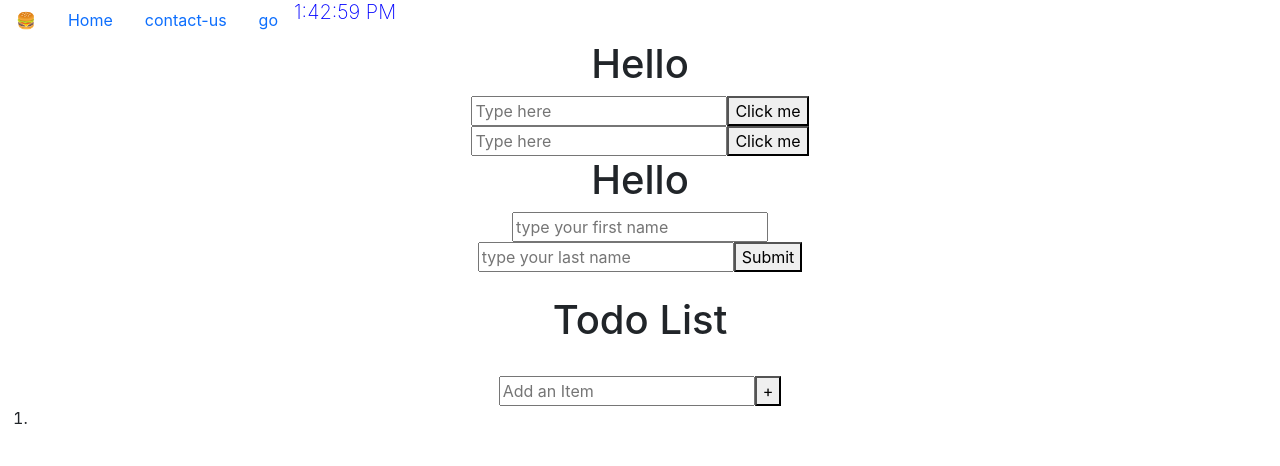
Repository: shah-zx/React-learning
Page: /, after clicking the first element matching `div.center_div > button`
The author's editor kept a copy of each file at every save. The page is drawn from the files as they stood at one save, then again after the next save.
The browser window is 1280 px wide. The pictures show the whole page.
The project was rebuilt for these pictures with package versions that can differ from the ones it lists, and the page was loaded fresh each time. Also part of the build but not shown: src/components/Greet.js, src/components/Welcome.js, src/components/Swagat.js, src/components/Namaste.js, src/components/Hello.js, src/components/ayiye.js, src/components/Message.js, src/components/Thought.js and 47 more. Imported but missing from the stored project, and not drawn on this page: src/components/Indexaskeyantipattern.

Above is the page before, as saved 2021-11-13 00:24:28.

### public/index.html
<!DOCTYPE html>
<html lang="en">
  <head>
    <meta charset="utf-8" />
    <link rel="icon" href="%PUBLIC_URL%/favicon.ico" />
    <meta name="viewport" content="width=device-width, initial-scale=1" />
    <meta name="theme-color" content="#000000" />
    <meta
      name="description"
      content="Textutility is a text based utility whuc can be used to manipulate your text in way you want"
    />
    <link rel="apple-touch-icon" href="%PUBLIC_URL%/logo192.png" />
    <!--
      manifest.json provides metadata used when your web app is installed on a
      user's mobile device or desktop. See https://developers.google.com/web/fundamentals/web-app-manifest/
    -->
    <link rel="manifest" href="%PUBLIC_URL%/manifest.json" />
    <!--Bootstrap CSS-->
    <link href="https://cdn.jsdelivr.net/npm/bootstrap@5.1.3/dist/css/bootstrap.min.css" rel="stylesheet" integrity="sha384-1BmE4kWBq78iYhFldvKuhfTAU6auU8tT94WrHftjDbrCEXSU1oBoqyl2QvZ6jIW3" crossorigin="anonymous">
    <!--
      Notice the use of %PUBLIC_URL% in the tags above.
      It will be replaced with the URL of the `public` folder during the build.
      Only files inside the `public` folder can be referenced from the HTML.

      Unlike "/favicon.ico" or "favicon.ico", "%PUBLIC_URL%/favicon.ico" will
      work correctly both with client-side routing and a non-root public URL.
      Learn how to configure a non-root public URL by running `npm run build`.
    -->
    <title>Infuzex</title>
  </head>
  <body>
    <noscript>You need to enable JavaScript to run this app.</noscript>
    <div id="root"></div>
    <div id="portal-root"></div>

    <!--
      This HTML file is a template.
      If you open it directly in the browser, you will see an empty page.

      You can add webfonts, meta tags, or analytics to this file.
      The build step will place the bundled scripts into the <body> tag.

      To begin the development, run `npm start` or `yarn start`.
      To create a production bundle, use `npm run build` or `yarn build`.
    -->
    <!--Bootstrap JS-->
  <script src="https://cdn.jsdelivr.net/npm/bootstrap@5.1.3/dist/js/bootstrap.bundle.min.js" integrity="sha384-ka7Sk0Gln4gmtz2MlQnikT1wXgYsOg+OMhuP+IlRH9sENBO0LRn5q+8nbTov4+1p" crossorigin="anonymous"></script>
 </body>
</html>

### src/App.js
import logo from './logo.svg';
import './App.css';
import React, { useState } from 'react';
import Greet from './components/Greet'
import Welcome from './components/Welcome'
import Swagat from './components/Swagat'
import Namaste from './components/Namaste'
import Hello from './components/Hello'
import Ayiye from './components/ayiye';
import Message from './components/Message'
import Thought from './components/Thought'
import Counter from './components/Counter'
import Functionalclick from './components/Functionalclick'
import Eventbind from './components/Eventbind'
import ParentComponent from './components/ParentComponent';
import CoditionalRendering from './components/CoditionalRendering';
import Namelist from './components/Namelist';
import Indexaskeyantipattern from './components/Indexaskeyantipattern'
import Stylesheet from './components/Stylesheet'
import Inline from './components/Inline'
import './appStyles.css'
import styles from './appStyles.module.css'
import Form from './components/Form';
import Fragments from './components/Fragments';
import Tables from './components/Tables';
import Columns from './components/Columns';
import Purecomponents from './components/Purecomponents'
import Parentcomp from './components/Parentcomp';
import MemoComp from './components/MemoComp'
import RefsDemo from './components/RefsDemo';
import Focusinput from './components/Focusinput'
import FRparentinput from './components/FRparentinput';
import Portaldemo from './components/Portaldemo'
import Practice1 from './components/Practice1';
import Practice2 from './components/Practice2';
import Clickcounter from './components/Clickcounter';
import HoverCount from './components/HoverCount'
import Componentone from './components/Componentone'
import ClickcounterTwo from './components/ClickcounterTwo';
import HovercounterTwo from './components/HovercounterTwo'
import Hovering from './components/Hovering';
import User from './components/User'
import Counterforcountandhover from './components/Counterforcountandhover';
import Navbar from './components/Navbar';
import TextForm from './components/TextForm';
import About from './components/About';
import Alert from './components/Alert';
import {
  BrowserRouter as Router,
  Switch,
  Route,
  Link

} from "react-router-dom";
import One from './practice_components/One';
import Alert_pr from './practice_components/Alert_pr';
import Footer from './components/Footer';
import Textarea from './practice_components/Textarea';
import NotesState from '../src/context/notes/NotesState'
import Hooks from './practice_components/Hooks';
import Time from './practice_components/Time';
import Dclock from './practice_components/Dclock';
import Handlingevents from './practice_components/Handlingevents'
import Forms from './practice_components/Forms';
import Login from './practice_components/Login';
import Todo from './practice_components/Todo'
function App() {
  // const [darkMode , setDarkMode] = useState(false)  // Wether dark mode is enabled or disabled //
  const [alert, setAlert] = useState(null);  // This is used for setting the state //
  const showAlert = (message, type) => {    // This is for showing the alert

    setAlert({
      msg: message,
      type: type
    })
    setTimeout(() => {  // This will help us to fade out the text message after 2 seconds //
      setAlert(null);
    }, 2000);
  }

  return (
    <>
    <NotesState>
      <Router>

        <div className="App">
          {

            <Navbar title= "🍔" Abouttext="Home" cont="contact-us" hello="go" />
       // Passing the props //
      /*      <Greet name = "hamza" heroName = "Batman"/>
      {/* <Greet name = ""  <Greet name = "shahnawaz" superName = "Superman"/>
      <Greet name = "rahul" wonderName = "women"/>

      {/*<Welcome />
      <Swagat />
      <Namaste />
      <Hello />
      <Ayiye naam="shahnawaz" elder="Brother" />
      <Ayiye naam="hamza" younger="Brother" /> */}
          {/* <Greet name="shahnawaz" heroName="Batman" /> */}
          {/* <Greet /> */}
          {/* <Welcome name="Hamza" heroName="Superman" /> */}
          {/* <Message />
      <Thought />
      <Counter /> */}
          {/* <ParentComponent /> */}
          {/* <Functionalclick /> */}
          {/* <Eventbind /> */}
          {/* <CoditionalRendering /> */}
          {/* <Namelist />  */}
          {/* <Indexaskeyantipattern /> */}
          {/* <Stylesheet primary = {true} />
      <Inline />
      <h1 className='error'>Error</h1>
      <h1 className={styles.success}>Success</h1>
      <Form /> */}
          {/* <Purecomponents /> */}
          {/* <Fragments /> */}
          {/* <Tables /> */}
          {/* <Parentcomp /> */}
          {/* <MemoComp /> */}
          {/* <Practice1 naam="romeo" herokanaam="billu" /> */}
          {/* <Hello />
      <RefsDemo />
      <Focusinput />
      <FRparentinput />
      <Portaldemo /> */}
          {/* <Practice2 /> */}
          {/* <Clickcounter /> */}
          {/* <HoverCount /> */}
          {/* <Componentone /> */}
          {/* <ClickcounterTwo /> */}
          {/* <HovercounterTwo /> */}
          {/* <Hovering /> */}
          {/* <User render={(isLoggedIn) => isLoggedIn ? 'Rendered' : 'Guest'} />   */}
          {/* <Counterforcountandhover render = {(count , incrementCount) => <ClickcounterTwo count = {count} incrementCount = {incrementCount}/> }/> */}
          {/* <Counterforcountandhover render = {(count , incrementCount) => <Hovering count = {count} incrementCount = {incrementCount}/> }/> */}
          {/* <Hooks/>
          <Time /> */}
          <Forms/>
          {/* <Handlingevents /> */}
          <Login />
          <Todo />
          <Alert alert={alert} />
          {/* <div className="alert">
            <Alert_pr showAlert={showAlert} />
          </div>
          <div classname="greet">
            <Greet />
          </div>
          <div className="container my-3" >
            <Switch>
              <Route path="/about">
                <About />
                {/* <Ayiye/> */}
              {/* </Route>
              <Route path="/">
                <TextForm showAlert={showAlert} heading="Enter the text to see :" />
                <div className="txt">
                  <Textarea st="checkbox"/>
                </div>
                <div className="red_card">
                  <One />
                  <div className="container">
                    <Footer heading = "Footer" link1 = "Facebook" ls = "Twitter" oneLink = "Instagram" secLink = "LinkedIn"/>
                  </div>
                </div>
              </Route>
            </Switch>
            {/* <About /> */}
          </div>
          {/* <About /> */}
        {/* </div> */}
      </Router>
    </NotesState>
    </>
  );
}

export default App;  // This is the place where we have exported our App //

// Functional components : takes properties ( a js function takes the props and returns the jsx code --> HTML code )
// As soon as we import the Greet Component we have to import it to our main App.js and use it as an html tag
// Class components : They can also recieve input as props and retun html code
// It can maintain some data private to that component
// The user component will make sure the user is logged in or not

### src/App.css
.App {
  text-align: center;
}

.App-logo {
  height: 40vmin;
  pointer-events: none;
}

@media (prefers-reduced-motion: no-preference) {
  .App-logo {
    animation: App-logo-spin infinite 20s linear;
  }
}

.App-header {
  background-color: #282c34;
  min-height: 100vh;
  display: flex;
  flex-direction: column;
  align-items: center;
  justify-content: center;
  font-size: calc(10px + 2vmin);
  color: white;
}

.App-link {
  color: #61dafb;
}

@keyframes App-logo-spin {
  from {
    transform: rotate(0deg);
  }
  to {
    transform: rotate(360deg);
  }
}

/*
.red_card {
  display: flex;
  flex-wrap: wrap;
} */

.container {
  margin-top: 2em;
}
.time{
  font-weight: 200;
}

### src/components/Navbar.js
// Here we are making a navbar component //

import React from 'react'
import PropTypes from 'prop-types' // Importing the proptypes from props //
import {Link} from 'react-router-dom' // Importing the Link  , thing to remember : exporting not as DEFAULT //
import Dclock from '../practice_components/Dclock'
export default function Navbar(props) {

    return (
      <>
        <ul className="nav">
        <li className="nav-item">
          <Link className="nav-link active" aria-current="page" to="/">{props.title}</Link>
        </li>
        <li className="nav-item">
          <Link className="nav-link" to="about">{props.Abouttext}</Link>
        </li>
        <li className="nav-item">
          <Link className="nav-link" to="/">{props.cont}</Link>
        </li>
        <li className="nav-item">
          <a className="nav-link">{props.hello}</a>
        </li>
        <li>
      <Dclock/>
        </li>
      </ul>
      </>
    )
}
Navbar.propTypes = {      // These are our navbar properties //
                      title : PropTypes.string.isRequired ,
                      Abouttext : PropTypes.string
                   }

Navbar.defaultProps = {title : 'set title here' ,
                        Abouttext : 'set abouttext here'
                    }

### src/context/notes/NotesState.js
import react, { useState } from 'react';
import noteContext from './noteContext'

const NotesState = (props) => {
    const s1 = {
        "name": "Shahnawaz",
        "class": "5a"
    }
    const [state, setState] = useState(s1)
    const update = () => {
        setTimeout(() => {
            setState({
                "name": "hamza",
                "class": "12a"
            })
        }, 3000);
    }
    return (
        <noteContext.Provider value={{ state, update }}>
            {props.children}
        </noteContext.Provider>


    )
}

export default NotesState;

### src/practice_components/Dclock.jsx
import React , {useState} from 'react'

function Dclock() {

   let time = new Date().toLocaleTimeString();

   const[ctime , setTime] = useState(time)

   const updateTime = () => {
      let newtime = new Date().toLocaleTimeString();
      setTime(newtime)
   }

   setInterval(updateTime,1000) // This function will take a call back function and the interval after which the event will take place

    return (
        <>
            <h3 className = "time" style={{color : "blue" , fontSize : "20px"}}>{ctime}</h3>
        </>
    )
}

export default Dclock

### src/practice_components/Forms.jsx
import React, { useState } from 'react'



function Forms() {

    const [fullName, setfullName] = useState({
        fname : "" ,
        lname : "" ,
    });

    const inputEvent = (event) => {  // We are passing the text we will be weiting in the input in an object called event
        // setName(event.target.value)
    };

    const onSubmits = (event) => {
        event.preventDefault();
        alert('Form submitted successfully')
    }


    const handleChange = () => {
        // setFullName(name);
    }
    return (
        <>
        <div className="main_div">
        <form onSubmit = {onSubmits}>
            <h1>Hello {fullName.fname} {fullName.lname}</h1>
            <input type="text"
                placeholder="Type here"
                value={fullName.fname}
                onChange={inputEvent}
                name = "fname">
                </input>
            <button onClick={handleChange}
                type="submit">Click me </button>
            <br />
            <input type="text"
                placeholder="Type here"
                value={fullName.lname}
                onChange={inputEvent}
                name = "lname">
                </input>
            <button onClick={handleChange}
                type="submit">Click me </button>
                </form>
                </div>
        </>
    )
}

export default Forms

// Note : as we do for button , which is onClick , we do for input field also : that is onChange
//    console.log(event.target.value)  // accessing our text

### src/practice_components/Login.jsx
import React, { useState } from 'react'

function Login() {

  const [name, setName] = useState("")

  const [lastName, setLastName] = useState("");

  const [fullName, setfullName] = useState("")

  const [lastNamenew , setlastNamenew] = useState("")

  const onSubmits = (event) => {
    event.preventDefault();  // This will help in preventing the default behaviour of the form
    setfullName(name)
    setlastNamenew(lastName)
  }

  const handleThat = (event) => {
    setName(event.target.value);
  }

  const handleThattwo = (event) => {
    setLastName(event.target.value)
  }

  return (
    <>
      <div className="main_div">
        <form onSubmit={onSubmits}>
          <h1>Hello {fullName} {lastNamenew}</h1>
          <input
            onChange={handleThat}
            type="text"
            placeholder="type your first name"
            value={name}>
          </input>
          <br/>
          <input
          type = "text"
          onChange = {handleThattwo}
          placeholder = "type your last name"
          value = {lastName}>
          </input>
          <button type="submit">Submit</button>
        </form>
      </div>
    </>
  )
}

export default Login

### src/practice_components/Todo.js
import React ,{useState} from 'react'

function App() {


    const [name ,setName] = useState("")
    const [liText , setliText] = useState("")
    const [lists , setList] = useState([])
    const handleChange = (event) => {

        // console.log(event.target.value)
        setliText(event.target.value)
    }
    const handleClick = (event) => {
        setList([...lists , liText])
        console.log("clicked")
        console.log(liText)
        setliText(event.target.value)
    }

    return (
        <div className="main_div">
        <div className="center_div">
            <br />
            <h1>Todo List</h1>
            <br />
            <input type="text" className="" placeholder = "Add an Item"/>
            <button onClick = {handleClick}> + </button>
            <ol>
            {lists.map(li => {
                return <li>{li}</li>
            })}
            </ol>
        </div>

        </div>
    )
}

export default App

### src/context/notes/noteContext.js
import { createContext } from "react";
const noteContext = createContext();   // Here we craeted a new context which will hold our states


export default noteContext;


// Here we have formed the context API

Loaded but not shown: src/index.js (common file); src/index.css (common file); src/reportWebVitals.js (common file)

After the next save:
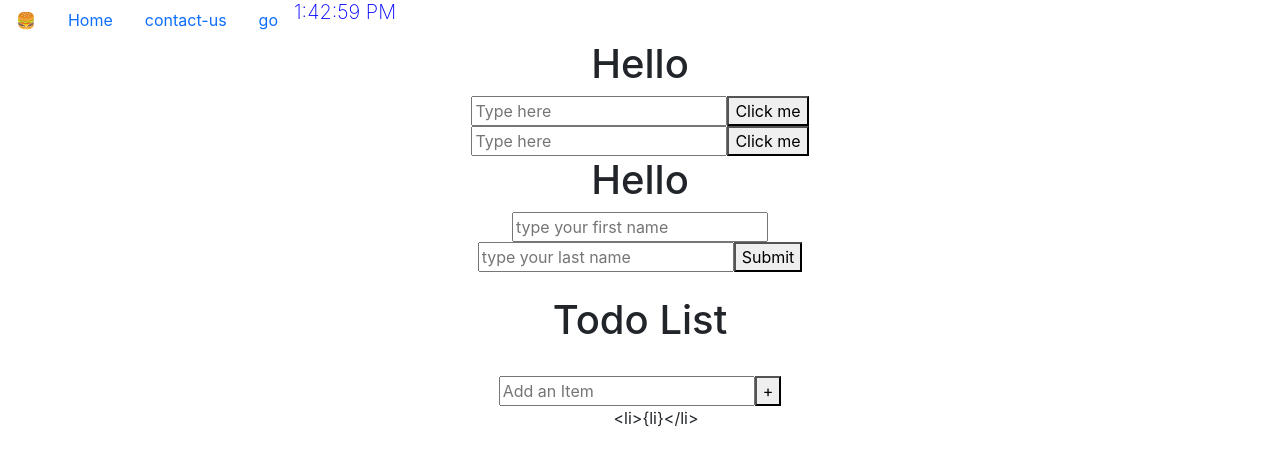
Saved 32 s later.
--- a/src/practice_components/Todo.js
+++ b/src/practice_components/Todo.js
@@ -28,7 +28,7 @@ function App() {
             <button onClick = {handleClick}> + </button>
             <ol>
             {lists.map(li => {
-                return <li>{li}</li>
+                return `<li>{li}</li>`
             })}
             </ol>
         </div>
